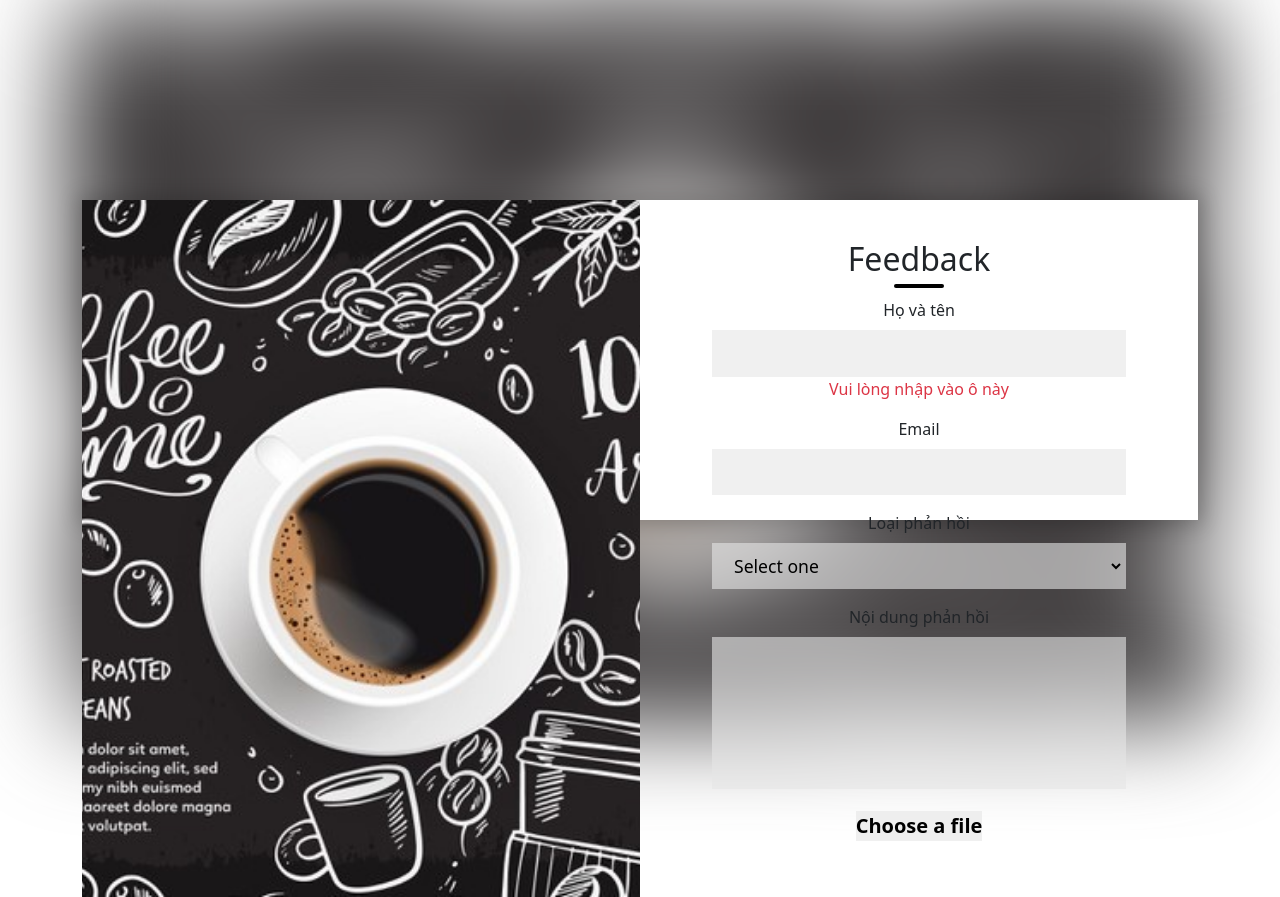
Repository: LeDongGyC/html-css
Page: HTML CSS/prototype/index.html
An editor plug-in stored every save of this project. The page is shown before and after the next save, followed by the edit.
The browser window is 1280 px wide. The pictures show the whole page.
The style sheet was rebuilt from its Sass, Less or Tailwind sources for each picture, by a compiler version that may differ from the author's.

Above is the page before, as saved 2023-05-24 10:28:46.

After the next save:
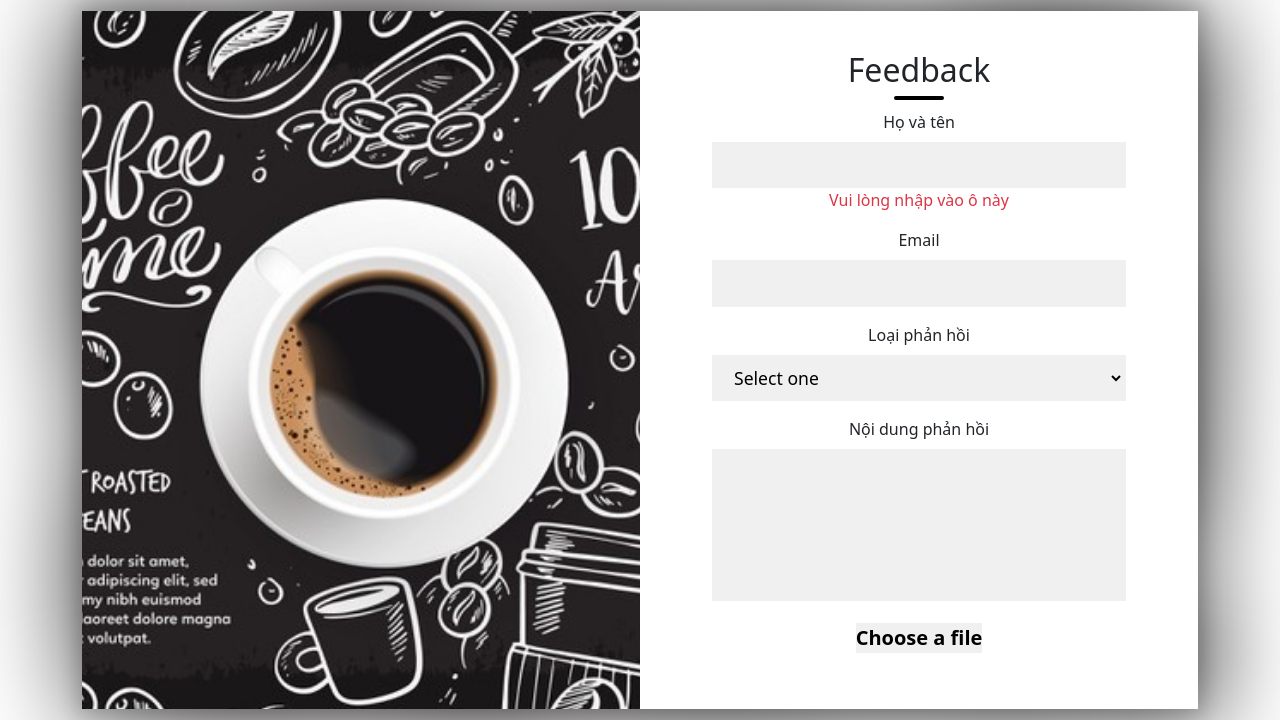
Saved 5 s later.
--- a/HTML CSS/prototype/style.scss
+++ b/HTML CSS/prototype/style.scss
@@ -34,7 +34,6 @@ body {
 }
 .feedback-box {
   max-width: 85rem;
-  max-height: 20rem;
   // min-width: 70vw;
   display: grid;
   grid-template-columns: repeat(2, 1fr);
